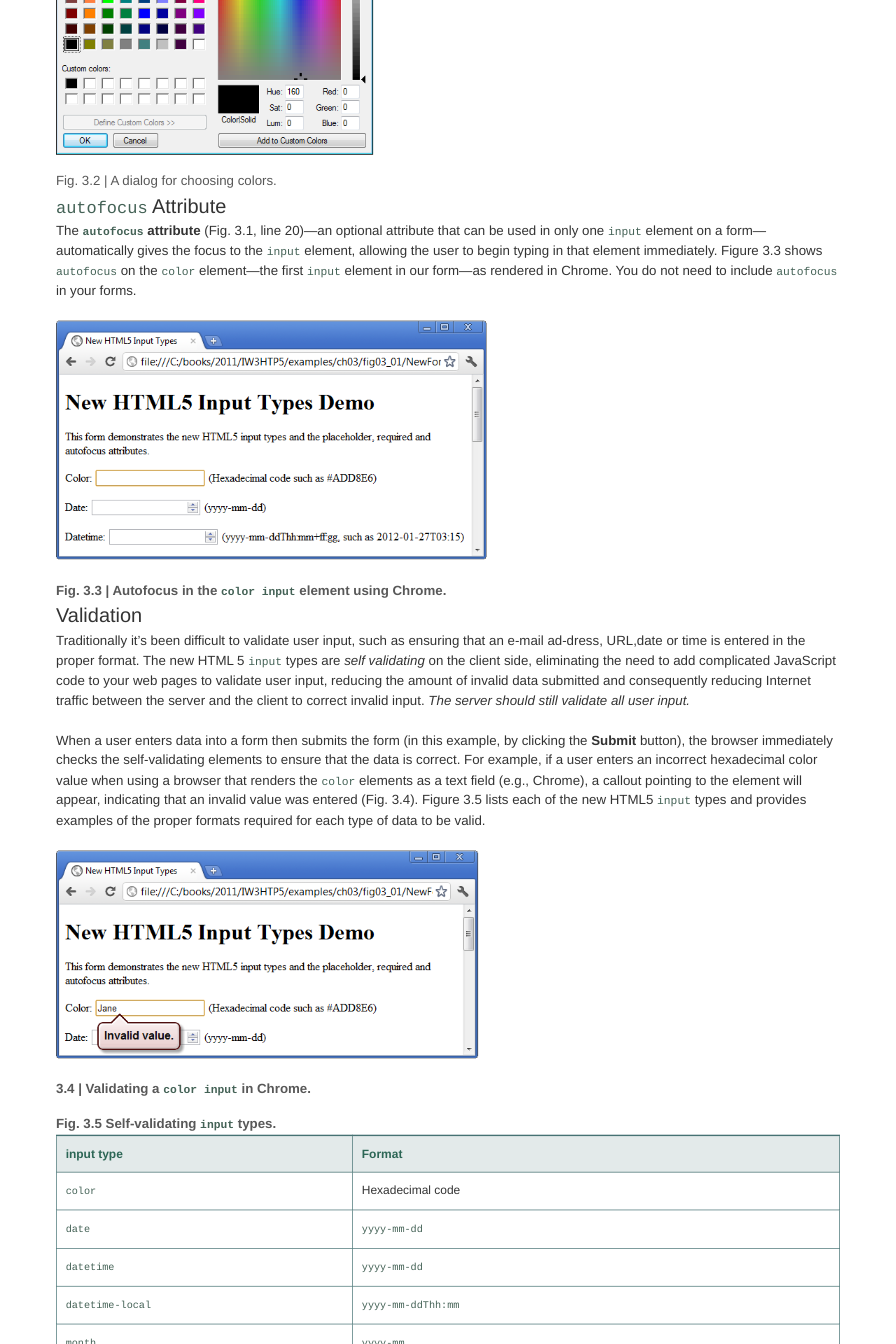
Repository: mlmEFSC21/P4-Textbook-Copy
Page: index.html
These files come from the project's save history. The page is drawn as it stood at one moment and after the next save; the edit follows.
The browser window is 1280 px wide. The pictures show the part of the page from y = 420 to 2340 px (the page is 2838 px tall before and 2846 px after), at 70% of full size.

Above is the page before, as saved 2022-02-03 19:22:26.

After the next save:
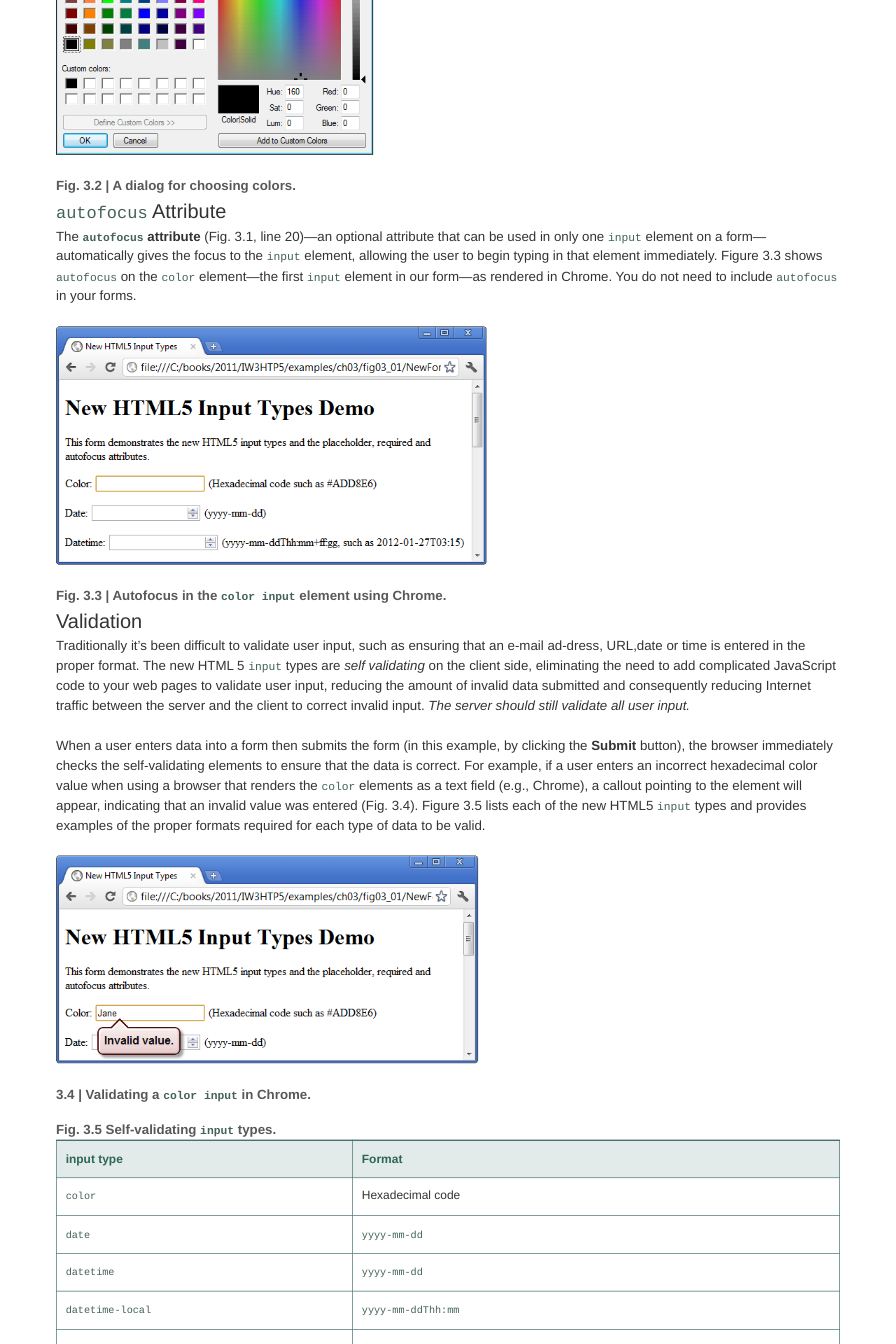
Saved 70 s later.
--- a/index.html
+++ b/index.html
@@ -28,7 +28,11 @@
             </p>
             <figure>
                 <img src="images\OperaColorInput.png" alt="Microsoft Windows color dialog" />
-                <figcaption>Fig. 3.2 | A dialog for choosing colors.</figcaption>
+                <figcaption>
+                    <header>
+                        <h1 class="fig-cap">Fig. 3.2 | A dialog for choosing colors.</h1>
+                    </header>
+                </figcaption>
             </figure>
         </section>
         <section class="autofocus-attribute">
